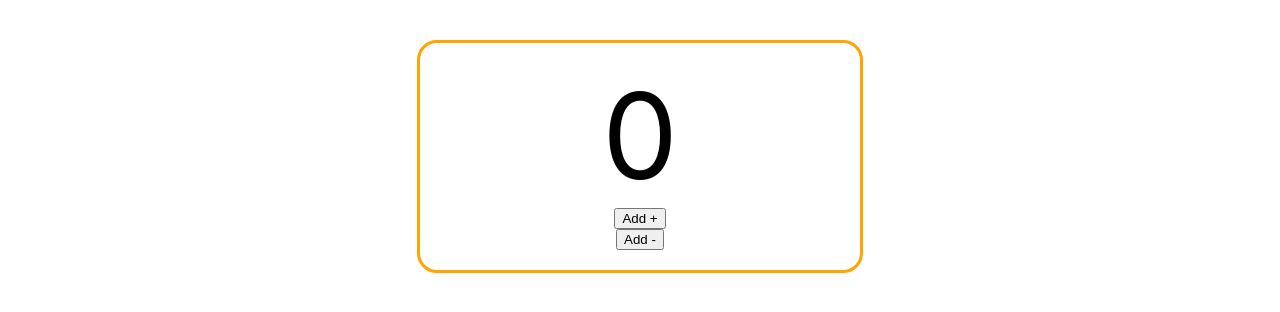
Repository: dnjfht/css-example
Page: /
These files come from the project's save history. The page is drawn as it stood at one moment and after the next save; the edit follows.
The browser window is 1280 px wide. The pictures show the whole page.
The project was rebuilt for these pictures with package versions that can differ from the ones it lists, and the page was loaded fresh each time.

Above is the page before, as saved 2023-05-09 18:46:07.

### src/App.js
import React, { useState } from "react";
import Counter from "./components/Counter";

export default function App() {
  const [count, setCount] = useState(0);
  return (
    <div>
      <Counter count={count} setCount={setCount} />
    </div>
  );
}

### src/components/Counter.jsx
import React from "react";

export default function Counter({ count, setCount }) {
  const handleClickCountUp = () => {
    setCount(count + 1);
  };

  const handleClickCountDown = () => {
    if (count > 0) setCount(count - 1);
  };

  return (
    <div
      style={{
        width: 400,
        padding: 20,
        margin: "40px auto",
        border: "3px solid orange",
        borderRadius: 20,
        display: "flex",
        flexDirection: "column",
        alignItems: "center",
      }}
    >
      <span style={{ fontSize: 120 }}>{count}</span>
      <button onClick={handleClickCountUp}>Add +</button>
      <button onClick={handleClickCountDown}>Add -</button>
    </div>
  );
}

Loaded but not shown: public/index.html (common file); src/index.js (common file); src/index.css (common file); src/reportWebVitals.js (common file)

After the next save:
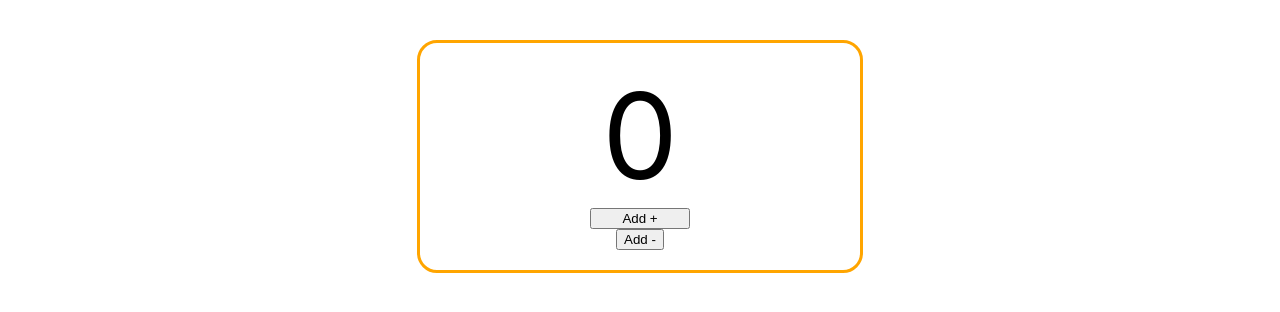
Saved 10 s later.
--- a/src/components/Counter.jsx
+++ b/src/components/Counter.jsx
@@ -23,7 +23,9 @@ export default function Counter({ count, setCount }) {
       }}
     >
       <span style={{ fontSize: 120 }}>{count}</span>
-      <button onClick={handleClickCountUp}>Add +</button>
+      <button style={{ width: 100 }} onClick={handleClickCountUp}>
+        Add +
+      </button>
       <button onClick={handleClickCountDown}>Add -</button>
     </div>
   );
